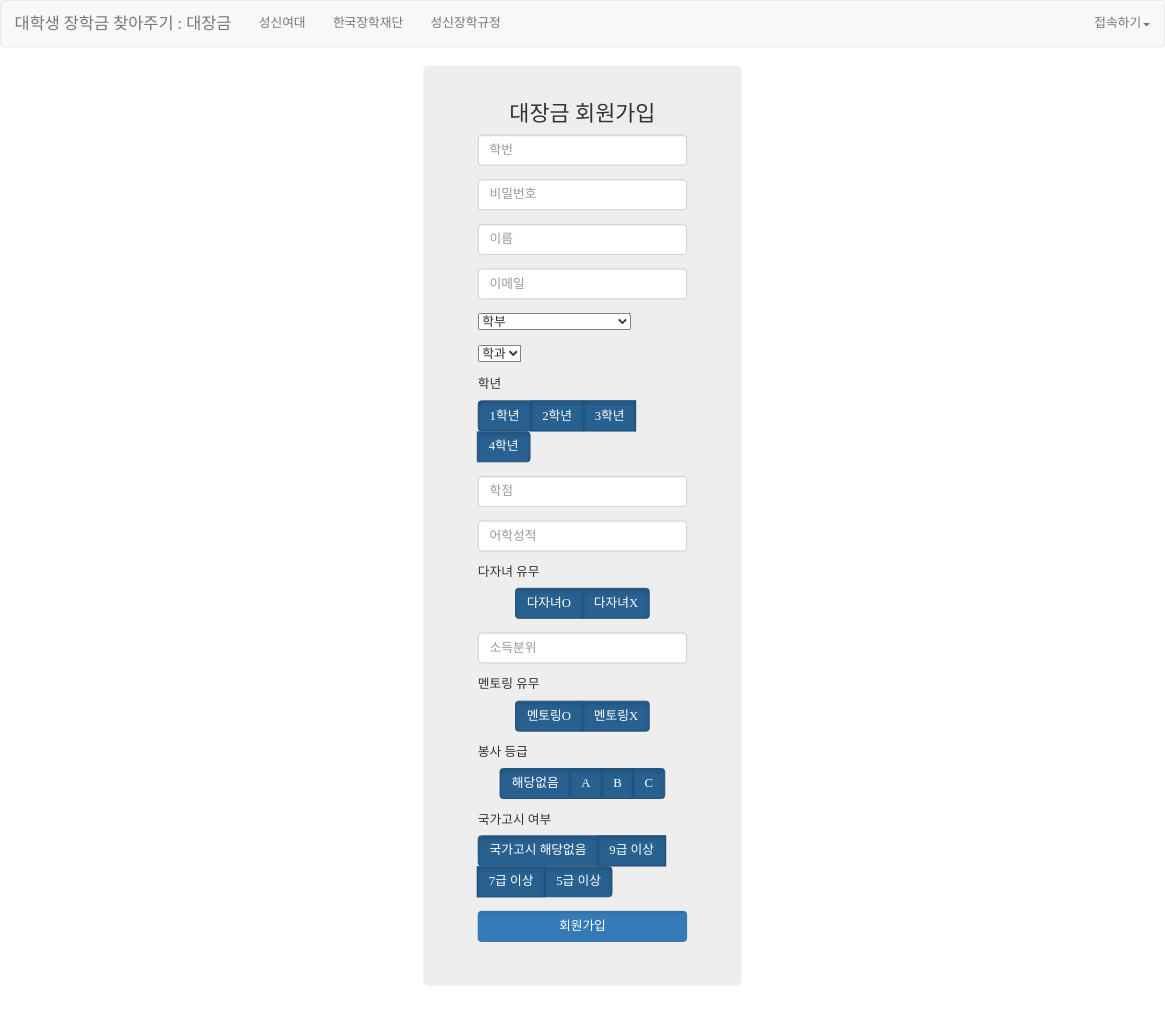
Repository: jiwon-214/DJG
Page: http://localhost/DJG/join.jsp
These files come from the project's save history. The page is drawn as it stood at one moment and after the next save; the edit follows.
The browser window is 1280 px wide. The pictures show the whole page, at 91% of full size.
Some web fonts or font styles are not loaded; a fallback is used. Some web libraries are served in a nearby version. The page is served by Tomcat 9.

Above is the page before, as saved 2022-01-10 18:30:26.

After the next save:
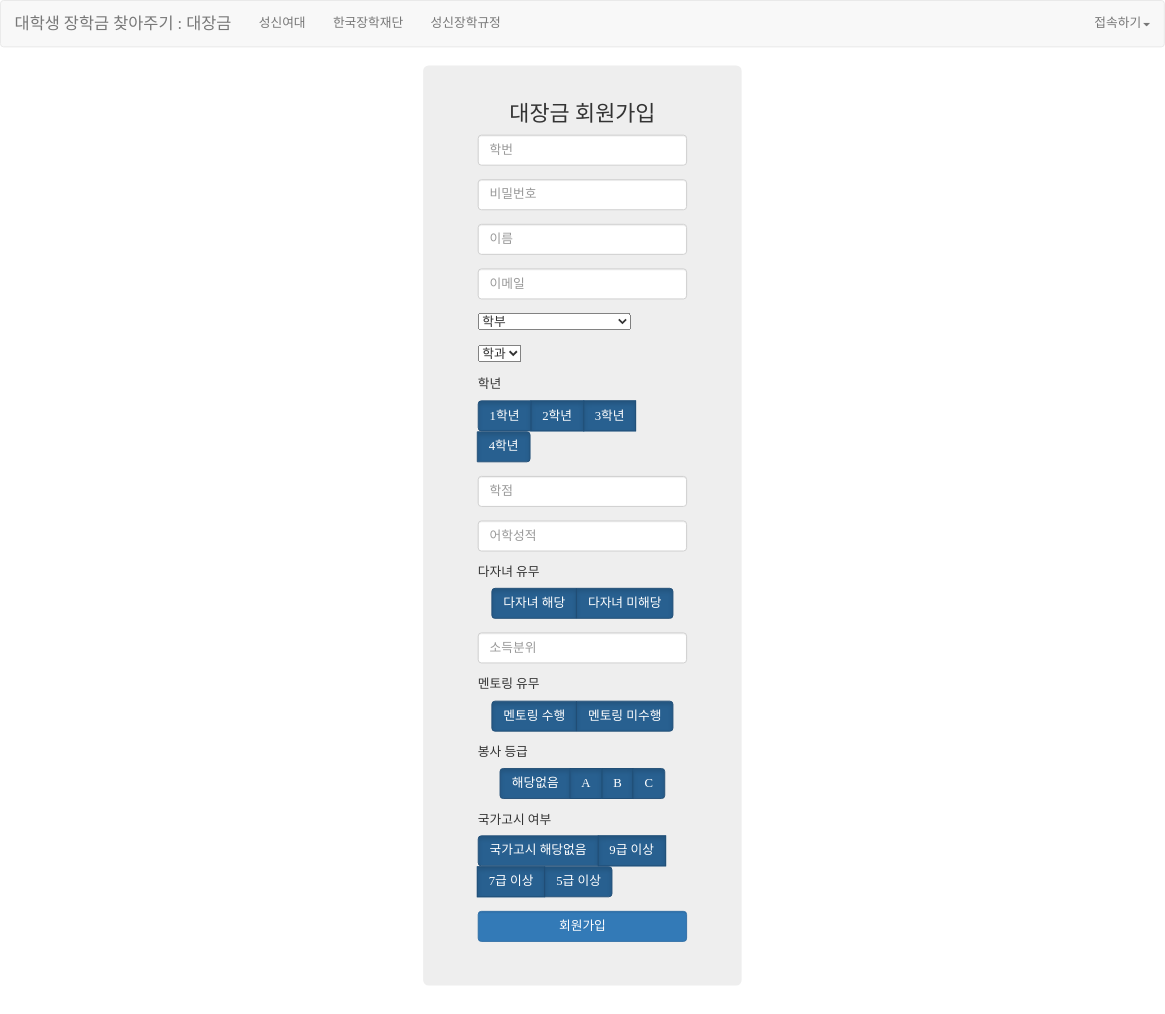
Saved 4 min 10 s later.
--- a/DJG/WebContent/join.jsp
+++ b/DJG/WebContent/join.jsp
@@ -89,13 +89,13 @@
                <div class="form-group" style="text-align:center;">
                   <div class="btn-group" data-toggle="buttons">
                      <label class="btn btn-primary active">
-                        <input type = "radio" name="userYear" autocomplete="off" value="1" checked>1학년
-                     </label>
-                     <label class="btn btn-primary active">
-                        <input type = "radio" name="userYear" autocomplete="off" value="2">2학년
-                     </label>
-                     <label class="btn btn-primary active">
-                        <input type = "radio" name="userYear" autocomplete="off" value="3">3학년
+                        <input type = "radio" name="userYear" autocomplete="off" value="1학년" checked>1학년
+                     </label>
+                     <label class="btn btn-primary active">
+                        <input type = "radio" name="userYear" autocomplete="off" value="2학년">2학년
+                     </label>
+                     <label class="btn btn-primary active">
+                        <input type = "radio" name="userYear" autocomplete="off" value="3학년">3학년
                      </label>
                      <label class="btn btn-primary active">
                         <input type = "radio" name="userYear" autocomplete="off" value="4">4학년
@@ -115,10 +115,10 @@
                <div class="form-group" style="text-align:center;">
                   <div class="btn-group" data-toggle="buttons">
                      <label class="btn btn-primary active">
-                        <input type = "radio" name ="userMchild" autocomplete="off" value="cO" checked>다자녀O
-                     </label>
-                     <label class="btn btn-primary active">
-                        <input type = "radio" name ="userMchild" autocomplete="off" value="cX">다자녀X
+                        <input type = "radio" name ="userMchild" autocomplete="off" value="다자녀_해당" checked>다자녀 해당
+                     </label>
+                     <label class="btn btn-primary active">
+                        <input type = "radio" name ="userMchild" autocomplete="off" value="다자녀_미해당">다자녀 미해당
                      </label>
                   </div>
                </div>
@@ -130,10 +130,10 @@
                <div class="form-group" style="text-align:center;">
                   <div class="btn-group" data-toggle="buttons">
                      <label class="btn btn-primary active">
-                        <input type="radio" name="userMentor" autocomplete="off" value="mO" checked>멘토링O
-                     </label>
-                     <label class="btn btn-primary active">
-                        <input type = "radio" name="userMentor" autocomplete="off" value="mX">멘토링X
+                        <input type="radio" name="userMentor" autocomplete="off" value="멘토링_수행" checked>멘토링 수행
+                     </label>
+                     <label class="btn btn-primary active">
+                        <input type = "radio" name="userMentor" autocomplete="off" value="멘토링_미수행">멘토링 미수행
                      </label>
                   </div>
                </div>
@@ -142,16 +142,16 @@
                <div class="form-group" style="text-align:center;">
                   <div class="btn-group" data-toggle="buttons">
                      <label class="btn btn-primary active">
-                        <input type="radio" name="userVol" autocomplete="off" value="Vx" checked>해당없음
-                     </label>
-                     <label class="btn btn-primary active">
-                        <input type="radio" name="userVol" autocomplete="off" value="Va">A
-                     </label>
-                     <label class="btn btn-primary active">
-                        <input type="radio" name="userVol" autocomplete="off" value="Vb">B
-                     </label>
-                     <label class="btn btn-primary active">
-                        <input type="radio" name="userVol" autocomplete="off" value="Vc">C
+                        <input type="radio" name="userVol" autocomplete="off" value="봉사등급_없음" checked>해당없음
+                     </label>
+                     <label class="btn btn-primary active">
+                        <input type="radio" name="userVol" autocomplete="off" value="A등급">A
+                     </label>
+                     <label class="btn btn-primary active">
+                        <input type="radio" name="userVol" autocomplete="off" value="B등급">B
+                     </label>
+                     <label class="btn btn-primary active">
+                        <input type="radio" name="userVol" autocomplete="off" value="C등급">C
                      </label>
                   </div>
                </div>
@@ -163,13 +163,13 @@
                         <input type="radio" name="userExam" autocomplete="off" value="국가고시X" checked>국가고시 해당없음
                      </label>
                      <label class="btn btn-primary active">
-                        <input type="radio" name="userExam" autocomplete="off" value="E9">9급 이상
-                     </label>
-                     <label class="btn btn-primary active">
-                        <input type="radio" name="userExam" autocomplete="off" value="E7">7급 이상
-                     </label>
-                     <label class="btn btn-primary active">
-                        <input type="radio" name="userExam" autocomplete="off" value="E5">5급 이상
+                        <input type="radio" name="userExam" autocomplete="off" value="9급_이상">9급 이상
+                     </label>
+                     <label class="btn btn-primary active">
+                        <input type="radio" name="userExam" autocomplete="off" value="7급_이상">7급 이상
+                     </label>
+                     <label class="btn btn-primary active">
+                        <input type="radio" name="userExam" autocomplete="off" value="5급_이상">5급 이상
                      </label>
                   </div>
                </div>
